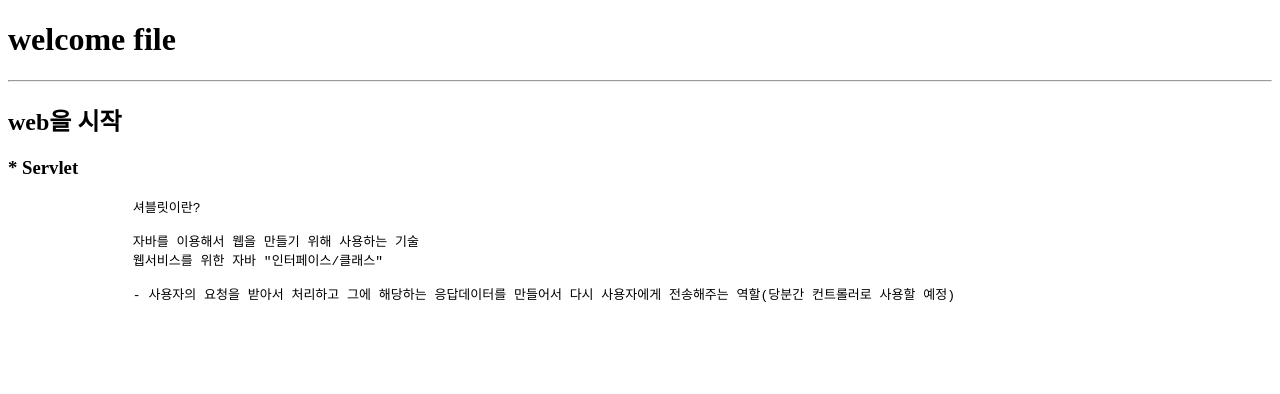
Repository: ghksl0204-shapa/dynamic-web
Page: MyFirstWebProject/src/main/webapp/index.html
An editor plug-in stored every save of this project. The page is shown before and after the next save, followed by the edit.
The browser window is 1280 px wide. The pictures show the whole page.

Above is the page before, as saved 2026-05-04 03:23:13.

### MyFirstWebProject/src/main/webapp/index.html
<!DOCTYPE html>
<html>
<head>
<meta charset="UTF-8">
<title>HTML</title>
</head>
<body>
	<h1>welcome file</h1>
	<!--
		1) 새 워크스페이스 생성 후 이클립스로 열기
		2) 작업 환경 구성
			2_1) 보여질 화면요소를 구성
			2_2) 서버 실행환경을 구성[Window - Preferences](Server - Runtime Environments)
			이클립스 상에서 서버를 실행할 수 있도록 실행환경을 연동하는 과정
			Add 버튼 클릭 -> 설치한 ApacheTocat과 동일한 버전을 선택 -> Next 버튼 누르기
			-> Browse 버튼 클릭 -> 설치한 톰캣 폴더까지 이동(bin 폴더가 보여야함) -> finish 버튼 클릭
		3) 서버 생성하기[Servers]
			3_1) [Server] - [New] - [Server]
			3_2) 2_2번 작업을 하고 왔다면 기본적으로 Runtime 이 잡혀있음
			3_3) Finish 버튼 클릭
			3_4) 서버 세팅하기(만들어진 서버를 더블클릭)
				3_4_1) 왼쪽 하단에 ServerOption 탭이 있음 -> Server Module Publishing 체크박스를 체크
				=> 체크를 안하면 file upload / download 경로 지정이 운영체제 상 숨긴폴더로 지정
				3_4_2) 포트번호 충돌을 방지하기 위해서 포트번호 재설정 -> 작업이 끝나면 반드시 저장
		4) Dynamic Web Project 만들기 [Project Explorer - new]
			4_1) 프로젝트명 작성하기 - Next 버튼 클릭
			4_2) default output folder 경로 재설정 : src/main/webapp/WEB-INF/classes
			    -> classes 폴더 안에 컴파일이 끝난 .class 파일이 들엉감
			    WEB-INF 안에 만들어두지 않으면 외부에서 접근이 가능하기 때문에 보안상 취약하다
			    - Next 버튼 클릭
		    4_3) Context root : 애플리케이션만의 고유한 별칭으로 만들어줌(기본값 : 프로젝트명)
		    재정의해서 쓰는것이 일반적임 / 실제로 매우 자주 바뀜
		    -> 하나의 서버로 여러 개의 애플리케이션을 구동할 수 있음
		    고유한 이름을 통해 애플리케이션에 요청을 보내는 경로로 사용할 수 있음
		    Content Directory : 실제 배포되는 폴더(서버에 올리가는 폴더)의 최상위 폴더명
		    -> 건들지 않음
		    Generate web.xml deployment descriptor : 기본적으로 체크 X
		    -> 현재 애플리케이션의 정보를 담는 파일 -> 나는 죽었다깨나도 바꿀 일 없다 -> 안만들어도 무방
		    Finish 버튼 클릭
	-->

	<hr>

	<h2>web을 시작</h2>

	<h3>* Servlet</h3>

	<pre>
		셔블릿이란?

		자바를 이용해서 웹을 만들기 위해 사용하는 기술
		웹서비스를 위한 자바 "인터페이스/클래스"

		- 사용자의 요청을 받아서 처리하고 그에 해당하는 응답데이터를 만들어서 다시 사용자에게 전송해주는 역할(당분간 컨트롤러로 사용할 예정)
	</pre>

</body>
</html>

After the next save:
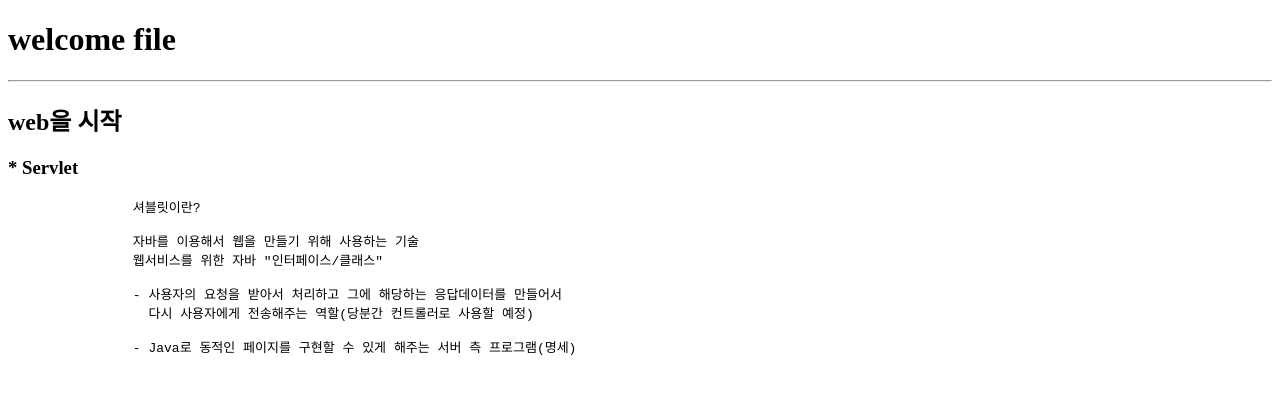
Saved 95 s later.
--- a/MyFirstWebProject/src/main/webapp/index.html
+++ b/MyFirstWebProject/src/main/webapp/index.html
@@ -51,7 +51,11 @@
 		자바를 이용해서 웹을 만들기 위해 사용하는 기술
 		웹서비스를 위한 자바 "인터페이스/클래스"
 
-		- 사용자의 요청을 받아서 처리하고 그에 해당하는 응답데이터를 만들어서 다시 사용자에게 전송해주는 역할(당분간 컨트롤러로 사용할 예정)
+		- 사용자의 요청을 받아서 처리하고 그에 해당하는 응답데이터를 만들어서
+		  다시 사용자에게 전송해주는 역할(당분간 컨트롤러로 사용할 예정)
+
+		- Java로 동적인 페이지를 구현할 수 있게 해주는 서버 측 프로그램(명세)
+
 	</pre>
 
 </body>
